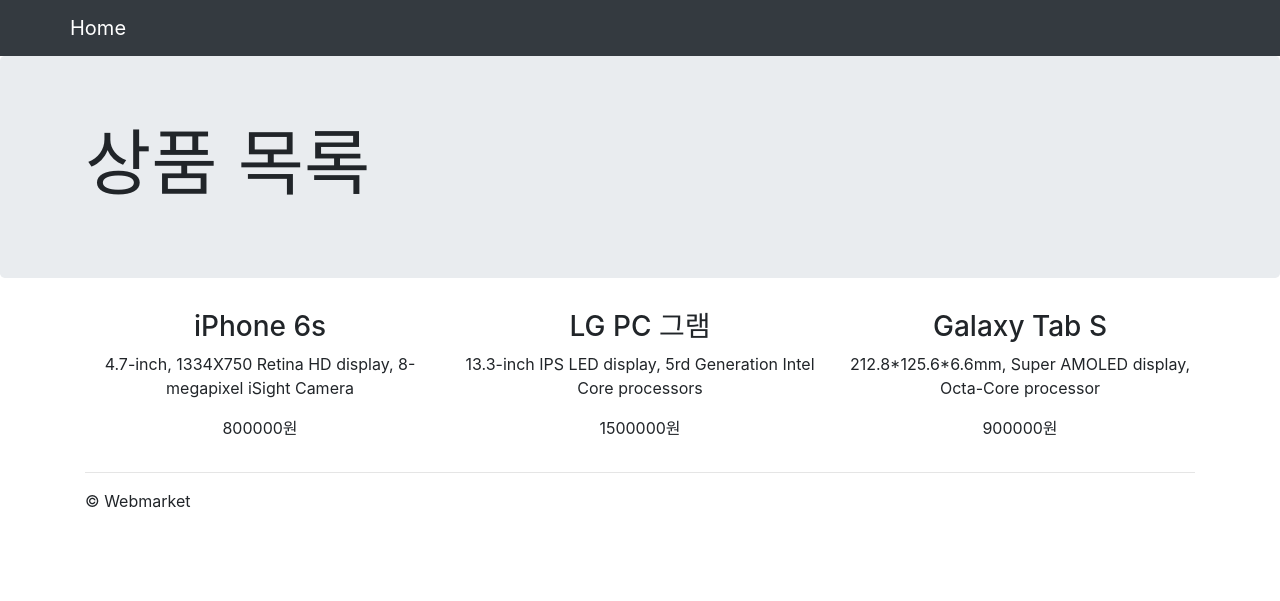
Repository: suinautant/learnCode
Page: http://localhost/WebMarket/products.jsp
These files come from the project's save history. The page is drawn as it stood at one moment and after the next save; the edit follows.
The browser window is 1280 px wide. The pictures show the whole page.
The page is served by Tomcat 9. Nobody is signed in. The application's start-up code is not run. Other server files are loaded and not shown.

Above is the page before, as saved 2021-07-01 03:34:33.

### jsp/WebMarket/WebContent/products.jsp
<%@ page language="java" contentType="text/html; charset=UTF-8"
	pageEncoding="UTF-8"
%>
<%@ page import="java.util.ArrayList"%>
<%@ page import="dao.Product"%>
<jsp:useBean id="productDAO" class="dao.ProductRepository"
	scope="session"
/>
<!DOCTYPE html>
<html>
<head>
<link rel="stylesheet"
	href="https://maxcdn.bootstrapcdn.com/bootstrap/4.0.0/css/bootstrap.min.css"
>
<meta charset="UTF-8">
<title>상품 목록</title>
</head>
<body>
	<jsp:include page="menu.jsp" />
	<div class="jumbotron">
		<div class="container">
			<h1 class="display-3">상품 목록</h1>
		</div>
	</div>
	<%
		ArrayList<Product> listOfProducts = productDAO.getAllProducts();
	%>
	<div class="container">
		<div class="row" align="center">
			<%
				for (int i = 0; i < listOfProducts.size(); i++) {
				Product product = listOfProducts.get(i);
			%>
			<div class="col-md-4">
				<h3><%=product.getPname()%></h3>
				<p><%=product.getDescription()%></p>
				<p><%=product.getUnitPrice()%>원
				</p>
			</div>
			<%
				}
			%>
		</div>
		<hr>
	</div>
	<jsp:include page="footer.jsp" />
</body>
</html>

### jsp/WebMarket/WebContent/menu.jsp
<nav class="navbar navbar-expand navbar-dark bg-dark">
	<div class="container">
		<div class="navbar-header">
			<a class="navbar-brand" href="./welcome.jsp">Home</a>
		</div>
	</div>
</nav>

### jsp/WebMarket/WebContent/footer.jsp
<footer class="container">
	<p>&copy; Webmarket</p>
</footer>

### jsp/WebMarket/src/dao/ProductRepository.java
package dao;

import java.util.ArrayList;

public class ProductRepository {
	private ArrayList<Product> listOfProducts = new ArrayList<Product>();

	public ProductRepository() {
		Product phone = new Product("P1234", "iPhone 6s", 800000);
		phone.setDescription("4.7-inch, 1334X750 Retina HD display, 8-megapixel iSight Camera");
		phone.setCategory("Smart Phone");
		phone.setManufacturer("Apple");
		phone.setUnitsInStock(1000);
		phone.setCondition("New");

		Product notebook = new Product("P1235", "LG PC 그램", 1500000);
		notebook.setDescription("13.3-inch IPS LED display, 5rd Generation Intel Core processors");
		notebook.setCategory("Notebook");
		notebook.setManufacturer("LG");
		notebook.setUnitsInStock(1000);
		notebook.setCondition("Refurbished");

		Product tablet = new Product("P1236", "Galaxy Tab S", 900000);
		tablet.setDescription("212.8*125.6*6.6mm, Super AMOLED display, Octa-Core processor");
		tablet.setCategory("Tablet");
		tablet.setManufacturer("Samsung");
		tablet.setUnitsInStock(1000);
		tablet.setCondition("Old");

		listOfProducts.add(phone);
		listOfProducts.add(notebook);
		listOfProducts.add(tablet);

	}

	public ArrayList<Product> getAllProducts() {
		return listOfProducts;
	}

	public Product getProductById(String productId) {
		Product productById = null;

		for (int i = 0; i < listOfProducts.size(); i++) {
			Product product = listOfProducts.get(i);
			if (product != null && product.getProductId() != null && product.getProductId().equals(productId)) {
				productById = product;
				break;
			}
		}
		return productById;
	}

}

### jsp/WebMarket/src/dao/Product.java
package dao;

import java.io.Serializable;

public class Product implements Serializable {

	private static final long serialVersionUID = -4274700572038677000L;

	private String productId;
	private String pname;

	public String getProductId() {
		return productId;
	}

	public void setProductId(String productId) {
		this.productId = productId;
	}

	public String getPname() {
		return pname;
	}

	public void setPname(String pname) {
		this.pname = pname;
	}

	public Integer getUnitPrice() {
		return unitPrice;
	}

	public void setUnitPrice(Integer unitPrice) {
		this.unitPrice = unitPrice;
	}

	public String getDescription() {
		return description;
	}

	public void setDescription(String description) {
		this.description = description;
	}

	public String getManufacturer() {
		return manufacturer;
	}

	public void setManufacturer(String manufacturer) {
		this.manufacturer = manufacturer;
	}

	public String getCategory() {
		return category;
	}

	public void setCategory(String category) {
		this.category = category;
	}

	public long getUnitsInStock() {
		return unitsInStock;
	}

	public void setUnitsInStock(long unitsInStock) {
		this.unitsInStock = unitsInStock;
	}

	public String getCondition() {
		return condition;
	}

	public void setCondition(String condition) {
		this.condition = condition;
	}

	public Product() {
		super();
		// TODO Auto-generated constructor stub
	}

	public Product(String productId, String pname, Integer unitPrice) {
		this.productId = productId;
		this.pname = pname;
		this.unitPrice = unitPrice;
	}

	private Integer unitPrice;
	private String description;
	private String manufacturer;
	private String category;
	private long unitsInStock;
	private String condition;

}

After the next save:
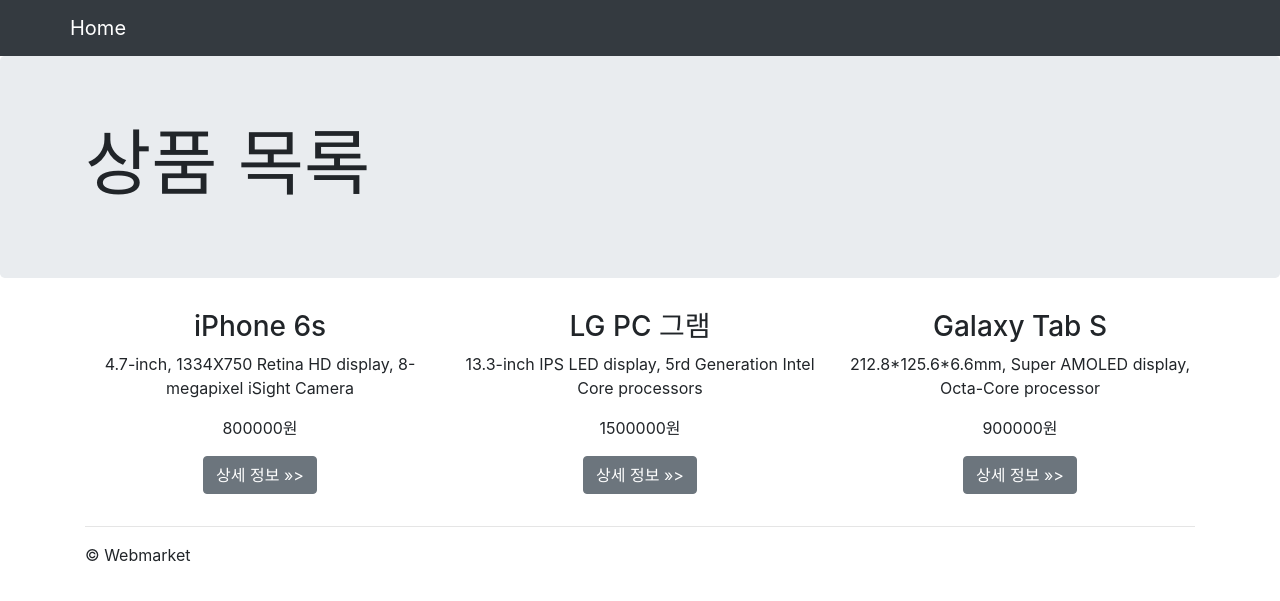
Saved 83 s later.
--- a/jsp/WebMarket/WebContent/products.jsp
+++ b/jsp/WebMarket/WebContent/products.jsp
@@ -34,8 +34,8 @@
 			<div class="col-md-4">
 				<h3><%=product.getPname()%></h3>
 				<p><%=product.getDescription()%></p>
-				<p><%=product.getUnitPrice()%>원
-				</p>
+				<p><%=product.getUnitPrice()%>원 </p>
+				<p><a href="./product.jsp?id=<%=product.getProductId() %>" class="btn btn-secondary" role="button">상세 정보 &raquo;></a>
 			</div>
 			<%
 				}
